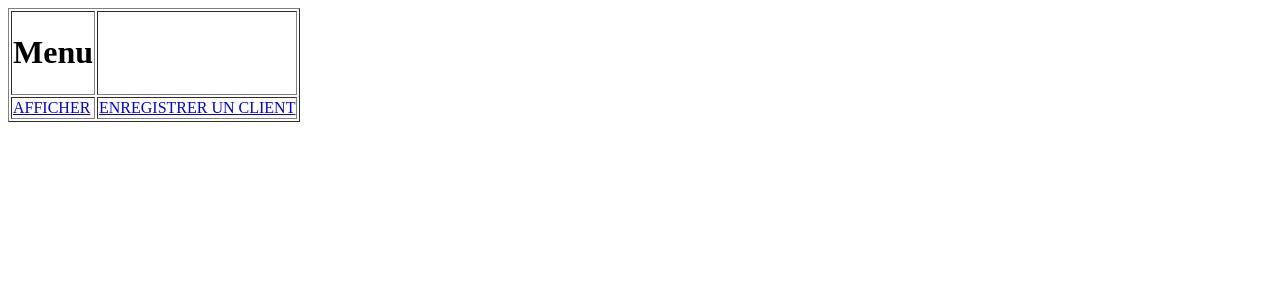
Repository: lemzoo/Formation_JEE
Page: TP_D04__Amelioration_V1.0/src/main/webapp/index.html
An editor plug-in stored every save of this project. The page is shown before and after the next save, followed by the edit.
The browser window is 1280 px wide. The pictures show the whole page.

Above is the page before, as saved 2016-06-22 11:07:19.

After the next save:
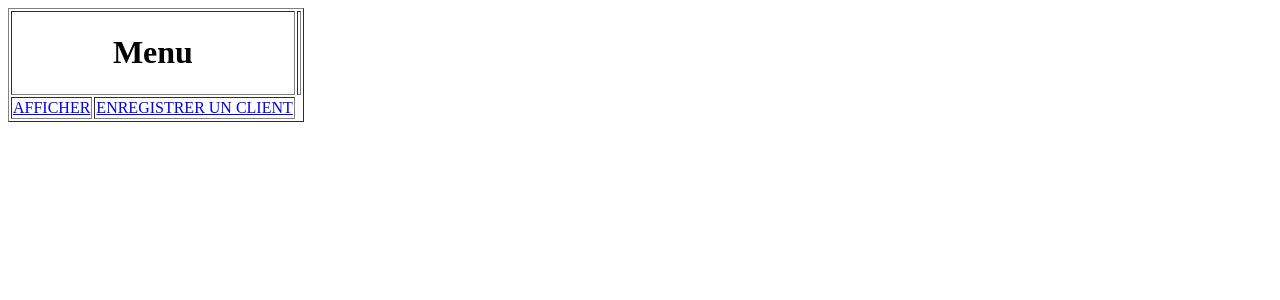
Saved 5 s later.
--- a/TP_D04__Amelioration_V1.0/src/main/webapp/index.html
+++ b/TP_D04__Amelioration_V1.0/src/main/webapp/index.html
@@ -8,7 +8,7 @@
 	<table border="1">
 		<thead>
 			<tr>
-				<th colspan="1">
+				<th colspan="2">
 					<h1>Menu</h1>
 				</th>
 				<th></th>

After the save that followed:
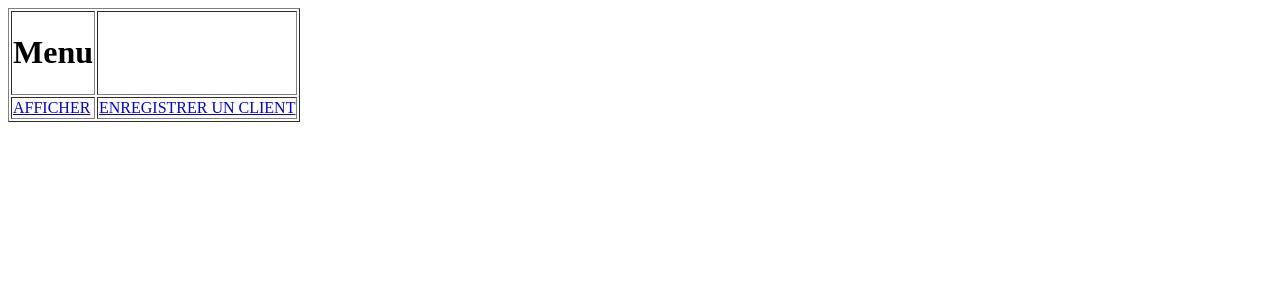
Saved 61 s later.
--- a/TP_D04__Amelioration_V1.0/src/main/webapp/index.html
+++ b/TP_D04__Amelioration_V1.0/src/main/webapp/index.html
@@ -8,7 +8,7 @@
 	<table border="1">
 		<thead>
 			<tr>
-				<th colspan="2">
+				<th rowspan="2">
 					<h1>Menu</h1>
 				</th>
 				<th></th>
